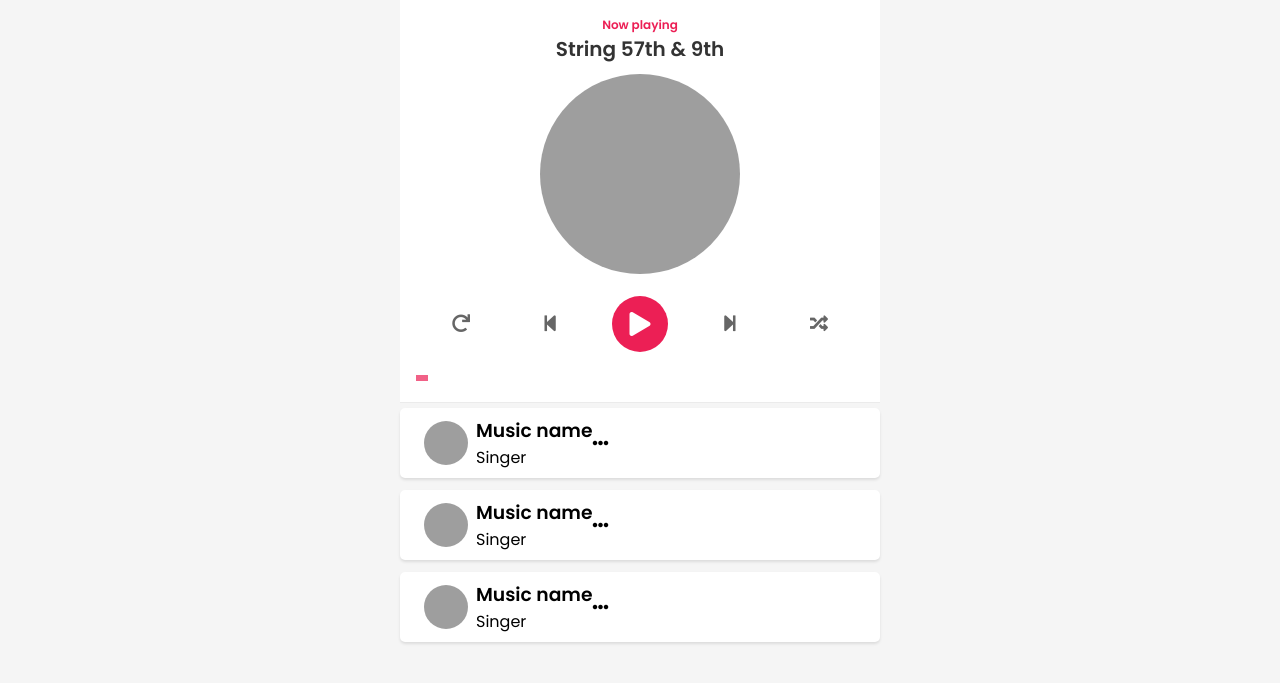
Repository: NBlue/Music_Player
Page: index.html
An editor plug-in stored every save of this project. The page is shown before and after the next save, followed by the edit.
The browser window is 1280 px wide. The pictures show the whole page.
Pictures or frames that could not be fetched are drawn as grey boxes.

Above is the page before, as saved 2021-10-12 23:21:30.

After the next save:
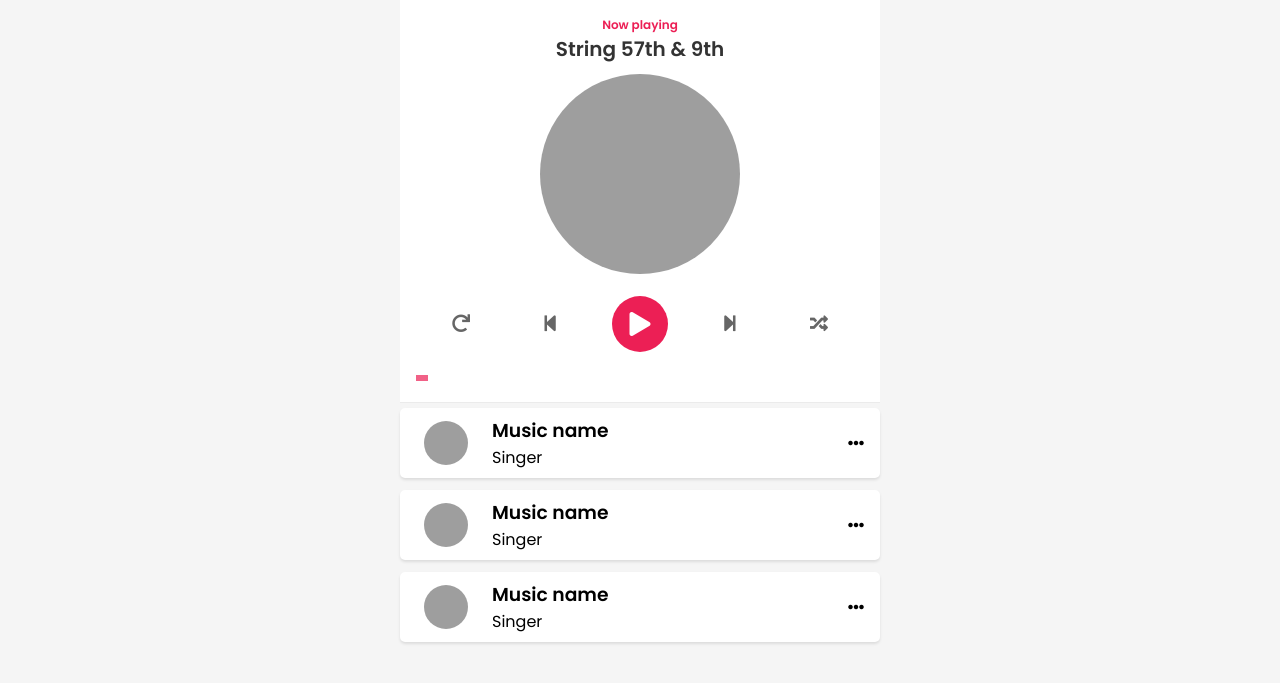
Saved 84 s later.
--- a/assets/css/style.css
+++ b/assets/css/style.css
@@ -163,7 +163,10 @@ header h2 {
     background-size: cover;
     margin: 0 8px;
 }
-.body {
+
+.song .body {
+    flex: 1;
+    padding: 0 16px;
 }
 .title {
 }
